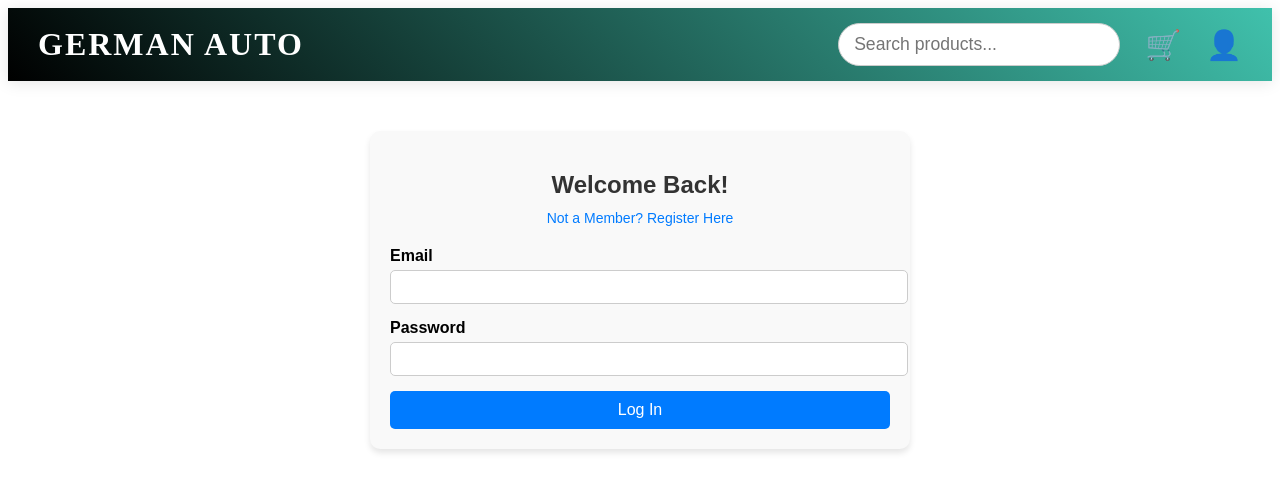
Repository: KalebMalone/The-parts-connection
Page: /signup (app in client/)
These files come from the project's save history. The page is drawn as it stood at one moment and after the next save; the edit follows.
The browser window is 1280 px wide. The pictures show the whole page.
The project was rebuilt for these pictures with package versions that can differ from the ones it lists, and the page was loaded fresh each time. Also part of the build but not shown: client/src/components/pages/Home.js, client/src/components/category/CategoriesList.jsx, client/src/components/category/CategoryDetails.jsx, client/src/components/category/CategoryProducts.jsx, client/src/components/products/ProductsCard.jsx, client/src/components/products/ProductsContainer.jsx, client/src/components/products/ProductsList.jsx, client/src/components/products/ProductsDetails.jsx and 2 more.

Above is the page before, as saved 2024-12-31 14:40:18.

After the next save:
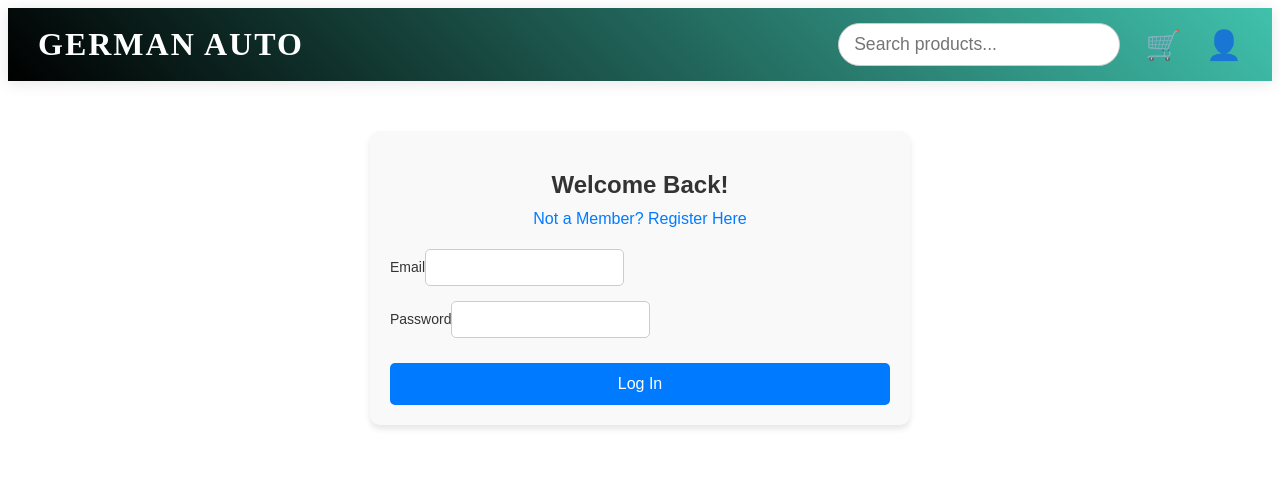
Saved 8 min 35 s later.
--- a/client/src/components/auth/Registration.jsx
+++ b/client/src/components/auth/Registration.jsx
@@ -6,28 +6,28 @@
 import { useOutletContext, useNavigate } from "react-router-dom";
 
 const signupSchema = object({
-    name: string("name must be of type string")
-        .min(3, "name must be 3 characters or more")
-        .required("name is required"),
-    email: string("email must be of type string")
-        .email("email must be valid")
-        .max(40, "email must be 40 characters max")
-        .required("email is required"),
-    password: string("password must be of type string")
-        .min(8, "password has to be at least 8 characters long")
-        .max(20, "password must be 20 characters long max")
-        .required("password is required"),
+    name: string("Name must be of type string")
+        .min(3, "Name must be 3 characters or more")
+        .required("Name is required"),
+    email: string("Email must be of type string")
+        .email("Email must be valid")
+        .max(40, "Email must be 40 characters max")
+        .required("Email is required"),
+    password: string("Password must be of type string")
+        .min(8, "Password has to be at least 8 characters long")
+        .max(20, "Password must be 20 characters long max")
+        .required("Password is required"),
 });
 
 const signinSchema = object({
-    email: string("email has to be a string")
-        .email("email must be valid")
-        .max(40, "email must be 40 characters max")
-        .required("email is required"),
-    password: string("password has to be a string")
-        .min(8, "password has to be at least 8 characters long")
-        .max(20, "password must be 20 characters long max")
-        .required("password is required"),
+    email: string("Email has to be a string")
+        .email("Email must be valid")
+        .max(40, "Email must be 40 characters max")
+        .required("Email is required"),
+    password: string("Password has to be a string")
+        .min(8, "Password has to be at least 8 characters long")
+        .max(20, "Password must be 20 characters long max")
+        .required("Password is required"),
 });
 
 const initialValues = {
@@ -161,10 +161,7 @@
   border: none;
   color: #007bff;
   cursor: pointer;
-  font-size: 14px;
-  &:hover {
-    text-decoration: underline;
-  }
+  font-size: 16px;
 `;
 
 const StyledForm = styled.form`
@@ -175,34 +172,29 @@
 const FormField = styled.div`
   margin-bottom: 15px;
   label {
-    display: block;
+    font-size: 14px;
     margin-bottom: 5px;
-    font-weight: bold;
+    color: #333;
   }
   input {
-    width: 100%;
-    padding: 8px;
+    padding: 10px;
     border: 1px solid #ccc;
     border-radius: 5px;
-    font-size: 14px;
   }
 `;
 
-const ErrorMessage = styled.div`
+const ErrorMessage = styled.p`
+  font-size: 12px;
   color: red;
-  font-size: 12px;
-  margin-top: 5px;
 `;
 
 const SubmitButton = styled.button`
+  padding: 12px;
   background-color: #007bff;
   color: white;
-  padding: 10px;
   border: none;
   border-radius: 5px;
+  cursor: pointer;
   font-size: 16px;
-  cursor: pointer;
-  &:hover {
-    background-color: #0056b3;
-  }
-`;
+  margin-top: 10px;
+`;
